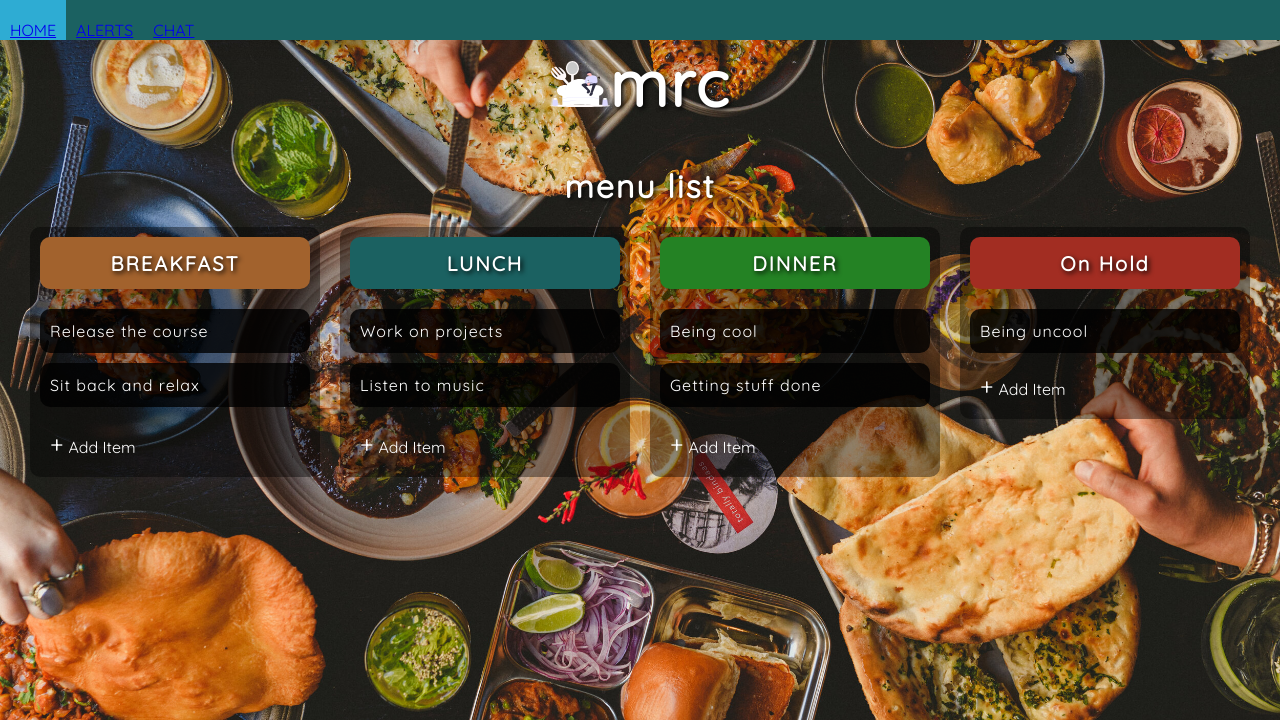
Repository: Anasooya2601/drag-and-drop
Page: index.html
These files come from the project's save history. The page is drawn as it stood at one moment and after the next save; the edit follows.
The browser window is 1280 px wide. The pictures show the whole page.

Above is the page before, as saved 2021-02-15 20:17:08.

### index.html
<!DOCTYPE html>
<html lang="en">
<head>
    <meta charset="UTF-8">
    <meta name="viewport" content="width=device-width, initial-scale=1.0">
    <title>mrc</title>
    <link rel="icon" type="image/png" href="favicon.png">
    <link rel="stylesheet" href="style.css">
</head>
<body>

   <h1 class="main-title1"> <img src="mrc.svg" width="60px" alt="" srcset="">mrc</h1>

    <h1 class="main-title">menu list</h1>

    <div class="drag-container">
        <ul class="drag-list">
            <!-- Backlog Column -->
            <li class="drag-column backlog-column">
                <span class="header">
                    <h1>BREAKFAST</h1>
                </span>
                <!-- Backlog Content -->
                <div id="backlog-content" class="custom-scroll">
                    <ul class="drag-item-list" id="backlog-list" ondrop="drop(event)" ondragover="allowDrop(event)" ondragenter="dragEnter(0)"></ul>
                </div>
                <!-- Add Button Group -->
                <div class="add-btn-group">
                    <div class="add-btn" onclick="showInputBox(0)">
                        <span class="plus-sign">+</span>
                        <span>Add Item</span>
                    </div>
                    <div class="add-btn solid" onclick="hideInputBox(0)">
                        <span>Save Item</span>
                    </div>
                </div>
                <div class="add-container">
                    <div class="add-item" contenteditable="true"></div>
                </div>
            </li>
            <!-- Progress Column -->
            <li class="drag-column progress-column">
                <span class="header">
                    <h1>LUNCH</h1>
                </span>
                <!-- Progress Content -->
                <div id="progress-content" class="custom-scroll">
                    <ul class="drag-item-list" id="progress-list" ondrop="drop(event)" ondragover="allowDrop(event)" ondragenter="dragEnter(1)"></ul>
                </div>
                <!-- Add Button Group -->
                <div class="add-btn-group">
                    <div class="add-btn" onclick="showInputBox(1)">
                        <span class="plus-sign">+</span>
                        <span>Add Item</span>
                    </div>
                    <div class="add-btn solid" onclick="hideInputBox(1)">
                        <span>Save Item</span>
                    </div>
                </div>
                <div class="add-container">
                    <div class="add-item" contenteditable="true"></div>
                </div>
            </li>
            <!-- Complete Column -->
            <li class="drag-column complete-column">
                <span class="header">
                    <h1>DINNER</h1>
                </span>
                <!-- Complete Content -->
                <div id="complete-content" class="custom-scroll">
                    <ul class="drag-item-list" id="complete-list" ondrop="drop(event)" ondragover="allowDrop(event)" ondragenter="dragEnter(2)"></ul>
                </div>
                <!-- Add Button Group -->
                <div class="add-btn-group">
                    <div class="add-btn" onclick="showInputBox(2)">
                        <span class="plus-sign">+</span>
                        <span>Add Item</span>
                    </div>
                    <div class="add-btn solid" onclick="hideInputBox(2)">
                        <span>Save Item</span>
                    </div>
                </div>
                <div class="add-container">
                    <div class="add-item" contenteditable="true"></div>
                </div>
            </li>
            <!-- On Hold Column -->
            <li class="drag-column on-hold-column">
                <span class="header">
                    <h1>On Hold</h1>
                </span>
                <!-- On Hold Content -->
                <div id="on-hold-content" class="custom-scroll">
                    <ul class="drag-item-list" id="on-hold-list" ondrop="drop(event)" ondragover="allowDrop(event)" ondragenter="dragEnter(3)"></ul>
                </div>
                <!-- Add Button Group -->
                <div class="add-btn-group">
                    <div class="add-btn" onclick="showInputBox(3)">
                        <span class="plus-sign">+</span>
                        <span>Add Item</span>
                    </div>
                    <div class="add-btn solid" onclick="hideInputBox(3)">
                        <span>Save Item</span>
                    </div>
                </div>
                <div class="add-container">
                    <div class="add-item" contenteditable="true"></div>
                </div>
            </li>
        </ul>
</div>
<nav>
    <ul>
        <li>
            <a href="#">
                <i class="fas fa-home"></i>
                <span>HOME</span>
            </a>
        </li>
        <li>
            <a href="#">
                <i class="fas fa-bell"></i>
                <span>ALERTS</span>
            </a>
        </li>
        <li>
            <a href="#">
                <i class="fas fa-paper-plane"></i>
                <span>CHAT</span>
            </a>
        </li>
    </ul>
</nav>

    <!-- Script -->
    <script src="script.js"></script>
</body>
</html>

### style.css
/* Trees Image - Pexels: https://www.pexels.com/photo/photo-of-trees-in-forest-3801030/ */
@import url("https://fonts.googleapis.com/css?family=Quicksand&display=swap");

html {
  box-sizing: border-box;
}

:root {
  --column-1: #a2622d;
  --column-2: #1b6161;
  --column-3: #248224;
  --column-4: #a22d22;
}

body {
  margin: 0;
  background: url("./mrc.jpg");
  background-size: cover;
  background-position: 50% 60%;
  background-attachment: fixed;
  color: white;
  font-family: Quicksand, sans-serif;
  overflow-y: hidden;
}
nav{
  top: 0px;
  position:fixed;
  display:flex;
  background:#1b6161;
  height:5.5%;
  width: 100%;
  line-height:60px;
  overflow: hidden;
  box-shadow:0 0 40px rgba(0, 0, 0, 0.2);
}
nav ul{
  display: flex;
  text-align: center;
}
nav ul li{
  cursor: pointer;
  height: 100%;
  padding: 0 10px;
  transition: .4s;
}
nav ul li:hover{background:#2eacd3;}
h1 {
  letter-spacing: 2px;
  text-shadow: 2px 2px 5px black;
}

.main-title {
  text-align: center;
  font-size: 3rem;
}
.main-title1 {
  text-align: center;
  font-size: 4rem;
}

ul {
  list-style-type: none;
  margin: 0;
  padding: 0;
}

.drag-container {
  margin: 20px;
}

.drag-list {
  display: flex;
  align-items: flex-start;
}

/* Columns */
.drag-column {
flex: 1;
  margin: 0 10px;
  position: relative;
  background-color: rgba(0, 0, 0, 0.4);
  border-radius: 10px;
  overflow-x: hidden;
}

.backlog-column .header,
.backlog-column .solid,
.backlog-column .solid:hover,
.backlog-column .over {
  background-color: var(--column-1);
}

.progress-column .header,
.progress-column .solid,
.progress-column .solid:hover,
.progress-column .over {
  background-color: var(--column-2);
}

.complete-column .header,
.complete-column .solid,
.complete-column .solid:hover,
.complete-column .over {
  background-color: var(--column-3);
}

.on-hold-column .header,
.on-hold-column .solid,
.on-hold-column .solid:hover,
.on-hold-column .over {
  background-color: var(--column-4);
}

/* Custom Scrollbar */
.custom-scroll {
  overflow-y: auto;
  max-height: 75vh;
}

.custom-scroll::-webkit-scrollbar-track {
  box-shadow: inset 0 0 6px rgba(0, 0, 0, 0.4);
  border-radius: 10px;
  background-color: rgba(255, 255, 255, 0.3);
  margin-right: 5px;
}

.custom-scroll::-webkit-scrollbar {
  width: 10px;
}

.custom-scroll::-webkit-scrollbar-thumb {
  border-radius: 10px;
  box-shadow: inset 0 0 6px rgba(0, 0, 0, 0.3);
  background-color: rgba(0, 0, 0, 0.8);
}

.header {
  display: flex;
  justify-content: center;
  border-radius: 10px;
  margin: 10px;
}

.header h1 {
  font-size: 1.25rem;
}

/* Drag and Drop */
.over {
  padding: 50px 10px;
}

.drag-item-list {
  min-height: 50px;
}

.drag-item {
  margin: 10px;
  padding: 10px;
  height: fit-content;
  background-color: rgba(0, 0, 0, 0.8);
  border-radius: 10px;
  line-height: 1.5rem;
  letter-spacing: 1px;
  cursor: pointer;
}

.drag-item:focus {
  outline: none;
  background-color: white;
  color: black;
}

/* Add Button Group */
.add-btn-group {
  display: flex;
  justify-content: space-between;
}

.add-btn {
  margin: 10px;
  padding: 5px 10px;
  display: flex;
  align-items: center;
  cursor: pointer;
  width: fit-content;
  border-radius: 5px;
  transition: all 0.3s ease-in;
  user-select: none;
}

.add-btn:hover {
  background-color: rgba(255, 255, 255, 0.9);
  color: black;
}

.add-btn:active {
  transform: scale(0.97);
}

.solid {
  display: none;
}

.solid:hover {
  transition: unset;
  filter: brightness(95%);
  color: white;
}

.plus-sign {
  font-size: 1.5rem;
  margin-right: 5px;
  position: relative;
  top: -3px;
}

.add-container {
  margin: 10px;
  padding: 5px 10px;
  border-radius: 10px;
  background-color: rgba(255, 255, 255, 0.9);
  min-height: 100px;
  display: none;
}

.add-item {
  width: 100%;
  min-height: 100px;
  height: auto;
  background-color: white;
  border-radius: 10px;
  margin: 5px auto;
  resize: none;
  color: black;
  padding: 10px;
}

.add-item:focus {
  outline: none;
}

/* Media Query: Laptop */
@media screen and (max-width: 1800px) {
  .main-title {
    font-size: 2rem;
  }
}

/* Media Query: Large Smartphone (Vertical) */
@media screen and (max-width: 600px) {
  body {
    overflow-y: auto;
  }

  .drag-container {
    margin: 0;
  }

  .drag-list {
    display: block;
  }

  .drag-column {
    margin: 10px;
  }
}

.footer {
  position: fixed;
  left: 0;
  bottom: 0;
  width: 100%;
  height: 10%;
  background-color: black;
  color: white;
  position: flex;
  text-align: center;
}

### script.js
const addBtns = document.querySelectorAll('.add-btn:not(.solid)');
const saveItemBtns = document.querySelectorAll('.solid');
const addItemContainers = document.querySelectorAll('.add-container');
const addItems = document.querySelectorAll('.add-item');
// Item Lists
const listColumns = document.querySelectorAll('.drag-item-list');
const backlogListEl = document.getElementById('backlog-list');
const progressListEl = document.getElementById('progress-list');
const completeListEl = document.getElementById('complete-list');
const onHoldListEl = document.getElementById('on-hold-list');

// Items
let updatedOnLoad = false;

// Initialize Arrays
let backlogListArray = [];
let progressListArray = [];
let completeListArray = [];
let onHoldListArray = [];
let listArrays = [];

// Drag Functionality
let draggedItem;
let dragging = false;
let currentColumn;

// Get Arrays from localStorage if available, set default values if not
function getSavedColumns() {
  if (localStorage.getItem('backlogItems')) {
    backlogListArray = JSON.parse(localStorage.backlogItems);
    progressListArray = JSON.parse(localStorage.progressItems);
    completeListArray = JSON.parse(localStorage.completeItems);
    onHoldListArray = JSON.parse(localStorage.onHoldItems);
  } else {
    backlogListArray = ['Release the course', 'Sit back and relax'];
    progressListArray = ['Work on projects', 'Listen to music'];
    completeListArray = ['Being cool', 'Getting stuff done'];
    onHoldListArray = ['Being uncool'];
  }
}

// Set localStorage Arrays
function updateSavedColumns() {
  listArrays = [backlogListArray, progressListArray, completeListArray, onHoldListArray];
  const arrayNames = ['backlog', 'progress', 'complete', 'onHold'];
  arrayNames.forEach((arrayName, index) => {
    localStorage.setItem(`${arrayName}Items`, JSON.stringify(listArrays[index]));
  });
}

// Filter Array to remove empty values
function filterArray(array) {
  const filteredArray = array.filter(item => item !== null);
  return filteredArray;
}

// Create DOM Elements for each list item
function createItemEl(columnEl, column, item, index) {
  // List Item
  const listEl = document.createElement('li');
  listEl.textContent = item;
  listEl.id = index;
  listEl.classList.add('drag-item');
  listEl.draggable = true;
  listEl.setAttribute('onfocusout', `updateItem(${index}, ${column})`);
  listEl.setAttribute('ondragstart', 'drag(event)');
  listEl.contentEditable = true;
  // Append
  columnEl.appendChild(listEl);
}

// Update Columns in DOM - Reset HTML, Filter Array, Update localStorage
function updateDOM() {
  // Check localStorage once
  if (!updatedOnLoad) {
    getSavedColumns();
  }
  // Backlog Column
  backlogListEl.textContent = '';
  backlogListArray.forEach((backlogItem, index) => {
    createItemEl(backlogListEl, 0, backlogItem, index);
  });
  backlogListArray = filterArray(backlogListArray);
  // Progress Column
  progressListEl.textContent = '';
  progressListArray.forEach((progressItem, index) => {
    createItemEl(progressListEl, 1, progressItem, index);
  });
  progressListArray = filterArray(progressListArray);
  // Complete Column
  completeListEl.textContent = '';
  completeListArray.forEach((completeItem, index) => {
    createItemEl(completeListEl, 2, completeItem, index);
  });
  completeListArray = filterArray(completeListArray);
  // On Hold Column
  onHoldListEl.textContent = '';
  onHoldListArray.forEach((onHoldItem, index) => {
    createItemEl(onHoldListEl, 3, onHoldItem, index);
  });
  onHoldListArray = filterArray(onHoldListArray);
  // Don't run more than once, Update Local Storage
  updatedOnLoad = true;
  updateSavedColumns();
}

// Update Item - Delete if necessary, or update Array value
function updateItem(id, column) {
  const selectedArray = listArrays[column];
  const selectedColumn = listColumns[column].children;
  if (!dragging) {
    if (!selectedColumn[id].textContent) {
      delete selectedArray[id];
    } else {
      selectedArray[id] = selectedColumn[id].textContent;
    }
    updateDOM();
  }
}

// Add to Column List, Reset Textbox
function addToColumn(column) {
  const itemText = addItems[column].textContent;
  const selectedArray = listArrays[column];
  selectedArray.push(itemText);
  addItems[column].textContent = '';
  updateDOM(column);
}

// Show Add Item Input Box
function showInputBox(column) {
  addBtns[column].style.visibility = 'hidden';
  saveItemBtns[column].style.display = 'flex';
  addItemContainers[column].style.display = 'flex';
}

// Hide Item Input Box
function hideInputBox(column) {
  addBtns[column].style.visibility = 'visible';
  saveItemBtns[column].style.display = 'none';
  addItemContainers[column].style.display = 'none';
  addToColumn(column);
}

// Allows arrays to reflect Drag and Drop items
function rebuildArrays() {
  backlogListArray = [];
  for (let i = 0; i < backlogListEl.children.length; i++) {
    backlogListArray.push(backlogListEl.children[i].textContent);
  }
  progressListArray = [];
  for (let i = 0; i < progressListEl.children.length; i++) {
    progressListArray.push(progressListEl.children[i].textContent);
  }
  completeListArray = [];
  for (let i = 0; i < completeListEl.children.length; i++) {
    completeListArray.push(completeListEl.children[i].textContent);
  }
  onHoldListArray = [];
  for (let i = 0; i < onHoldListEl.children.length; i++) {
    onHoldListArray.push(onHoldListEl.children[i].textContent);
  }
  updateDOM();
}

// When Item Enters Column Area
function dragEnter(column) {
  listColumns[column].classList.add('over');
  currentColumn = column;
}

// When Item Starts Dragging
function drag(e) {
  draggedItem = e.target;
  dragging = true;
}

// Column Allows for Item to Drop
function allowDrop(e) {
  e.preventDefault();
}

// Dropping Item in Column
function drop(e) {
  e.preventDefault();
  const parent = listColumns[currentColumn];
  // Remove Background Color/Padding
  listColumns.forEach((column) => {
    column.classList.remove('over');
  });
  // Add item to Column
  parent.appendChild(draggedItem);
  // Dragging complete
  dragging = false;
  rebuildArrays();
}

// On Load
updateDOM();

After the next save:
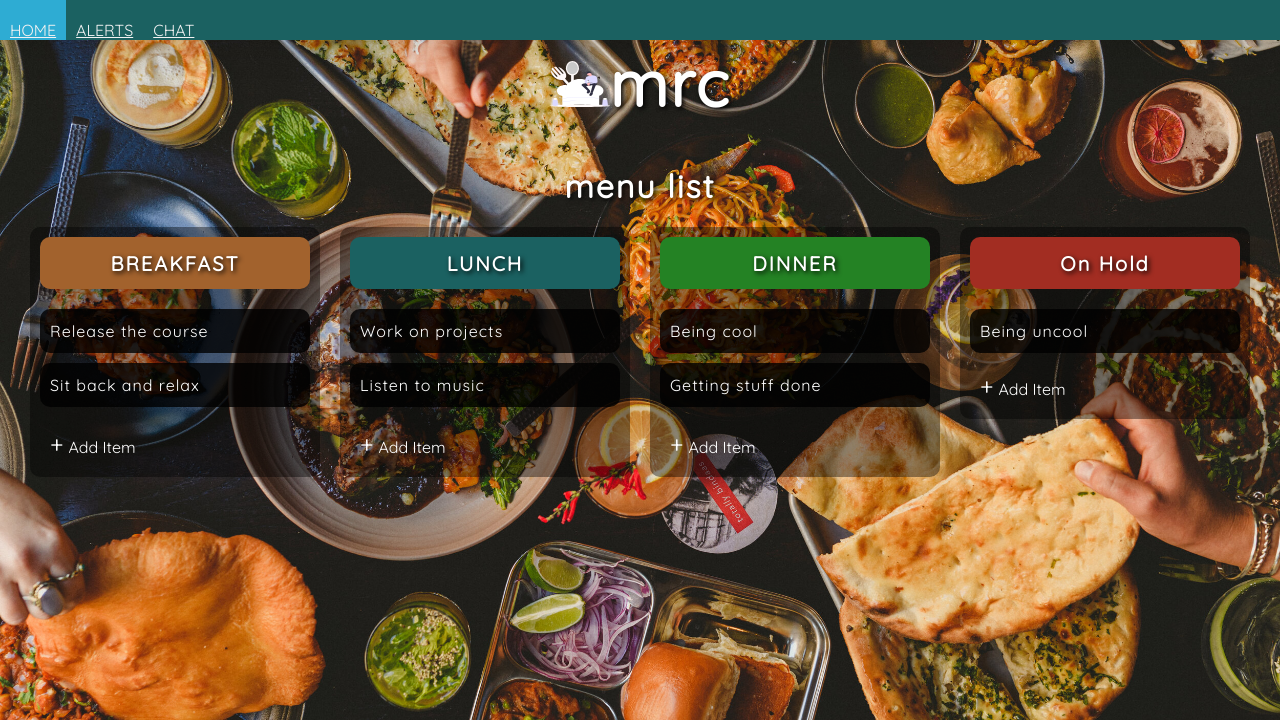
Saved 78 s later.
--- a/style.css
+++ b/style.css
@@ -44,6 +44,7 @@ nav ul li{
   transition: .4s;
 }
 nav ul li:hover{background:#2eacd3;}
+nav ul li a{color: #f2f2f2;}
 h1 {
   letter-spacing: 2px;
   text-shadow: 2px 2px 5px black;
